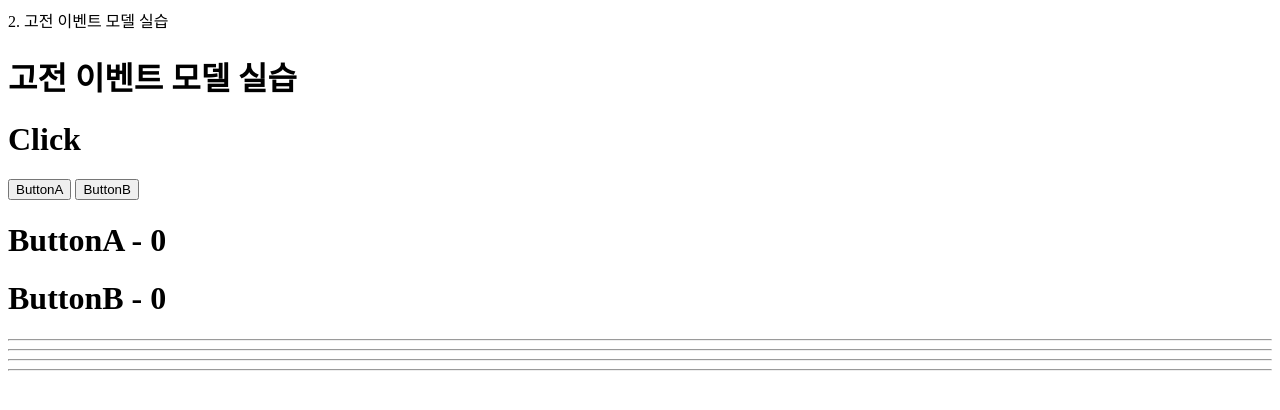
Repository: chlguswns1/web-practice
Page: javaScript/src/main/webapp/10_Event.html
These files come from the project's save history. The page is drawn as it stood at one moment and after the next save; the edit follows.
The browser window is 1280 px wide. The pictures show the whole page.

Above is the page before, as saved 2023-03-08 03:53:23.

### javaScript/src/main/webapp/10_Event.html
<!DOCTYPE html>
<html>
<head>
<meta charset="UTF-8">
<title>이벤트</title>

<style type="text/css">
	.exam {
		padding:10px;
		border:1px solid black;
	}
</style>

<script type="text/javascript">
window.onload = function () {
/* 1. window 객체의 load 이벤트
// - load : 이벤트 이름 or 이벤트 타입
// - onload : 이벤트 속성
// - 이벤트 핸들러 or 리스너 : 이벤트 속성에 할당된 함수.
// - 이벤트 모델 : 문서 객체에 이벤트 연결하는 방법.
// - 이벤트 연결: window 객체의 onload 속성에 함수 자료형을 할당하는 것.

	var header = document.getElementById('header');

	//이벤트 연결
	//이름을 가지는 함수를 선언하면서 헤드태그 영역에서 마우스를 클릭했을때 마우스클릭에 이벤트를 지금정의할
	//함수에 연결을 해주고자 한다ㅣ
	function whenClick() {
		alert('CLICK');
	}
	header.onclick = whenClick;//마우스가 해당 도큐먼트 영역에서 클릭이 되었을때 발생되는 이벤트 속성이다

	 */


/* 2. 고전 이벤트 모델 */
// - 이벤트 속성을 이용해 이벤트 연결.
// - 자바스크립트에서 문서 객체의 이벤트 속성을 사용해 이벤트를 연결하는 방법.
// - 이벤트 하나에 핸들러 하나만 연결할 수 있다.

/* 전통적인 이벤트 발생
	var header = document.getElementById('header');

	 function whenClick() {
			alert('CLICK');
			header.onclick = null;//한번만 사용후 이벤트 해제
		}
		header.onclick = whenClick;
*/
/* 2.1 이벤트 발생 객체와 이벤트 객체
	var buttonA = document.getElementById('button_a');
	var buttonB = document.getElementById('button_b');
	var counterA = document.getElementById('counter_a');
	var counterB = document.getElementById('counter_b');

	buttonA.onclick = function() {
		counterA.innerHTML = Number(counterA.innerHTML) + 1;//innerHTML은 왼쪽에 넣는거
		counterA.style.color = 'orange';
	}

	buttonB.onclick = function() {
		counterB.innerHTML = Number(counterB.innerHTML) + 1;
	};


	document.getElementById('header').onclick = function() {
		this.style.color = 'yellow';
		this.style.backgroundColor = 'blue';
	};
	*/
/* 2.2 이벤트 객체 사용
// - 이벤트 객체 내용 출력하는 예제.
//   . var event = e || window.event;
//     - 짧은 조건문
//     - e가 존재하면 e를 변수 event에 넣고, e가 undefined이면 window.event 속성을 변수 event에 넣음.
//     - 인터넷익스플로러 8 이하 버전
//       >> 이벤트가 발생시 이벤트 객체 window.event 속성으로 전달.
//       >> 다른 브라우저는 이벤트핸들러의 매개 변수로 전달.
	document.body.onclick = function (e){

	var event = e || window.event;//or연산자이용
		document.body.innerHTML = '';
	for(var key in event){
		document.body.innerHTML +='<p>' +key+':'+event[key]+'</p>';
	}

}
	*/
/* 2.3 이벤트 강제 발생

	var buttonA = document.getElementById('button_a');
	var buttonB = document.getElementById('button_b');
	var counterA = document.getElementById('counter_a');
	var counterB = document.getElementById('counter_b');

	buttonA.onclick = function() {
		counterA.innerHTML = Number(counterA.innerHTML) + 1;//innerHTML은 왼쪽에 넣는거
		counterA.style.color = 'orange';
	}

	buttonB.onclick = function() {
		counterB.innerHTML = Number(counterB.innerHTML) + 1;
		buttonA.onclick();//강제이벤트 발생 - b를누르면 a도 같이눌린다
	};
	 */
/* 3. 인라인 이벤트 모델 */
// - HTML 페이지의 가장 기본적인 이벤트 연결 방법.



/* 4. 기본 이벤트 제거 */
// - 기본 이벤트
//  . 일부 HTML 태그는 이미 이벤트 핸들러 가지고 있음.
//  . 입력 양식의 경우 제거하는 방법


// 인라인 이벤트 모델의 이벤트 제거


/* 5. 이벤트 전달 */
// - 이벤트 버블링 방식이 일반적
//   . 자식노드에서 부모 노드 순으로 이벤트 실행.
// - 이벤트 캡쳐링
//   . 이벤트가 부모 노드에서 자식 노드 순으로 실행되는 것.

/* 6. 이벤트 전달 막기 예제 */

}


</script>
</head>

<body>
<!-- 1. 이벤트 정의
<h1 id="header">Click</h1>
-->
 2. 고전 이벤트 모델 실습
<h1>고전 이벤트 모델 실습</h1>
	<h1 id="header">Click</h1>

	<button id="button_a">ButtonA</button>
	<button id="button_b">ButtonB</button>

	<h1>ButtonA - <span id="counter_a">0</span></h1>
	<h1>ButtonB - <span id="counter_b">0</span></h1>

	<hr/>

<!-- 3. 인라인 이벤트 모델 실습
<h1>인라인 이벤트 모델 실습</h1>
	<h1 onclick="alert('클릭')">InClick1</h1>
	<h1 onclick="var alpha=10;alert(alpha);">InClick2</h1>
	<h1 onclick="whenClick(event)">InClick3</h1>
  -->
	<hr/>

<!-- 4. 기본 이벤트 제거 실습
<h1>기본 이벤트 제거 실습</h1>
	<h2>고전 이벤트 모델 이벤트 제거</h2>

	<form action="" id="my_form">
		<label for="name">이름</label>
		<input type="text" id="name"/><br/><br/>
		<label for="pass">비밀번호</label>
		<input type="password" id="pass"/><br/><br/>
		<label for="pass_check">비밀번호 확인</label>
		<input type="password" id="pass_check"/><br/><br/>
		<input type="submit" value="전달"/>
	</form>

	인라인 이벤트 모델 이벤트 제거
	<form onsubmit="whenSubmit()">
		<label for="name">이름</label>
		<input type="text" id="name"/><br/><br/>
		<label for="pass">비밀번호</label>
		<input type="password" id="pass"/><br/><br/>
		<label for="pass_check">비밀번호 확인</label>
		<input type="password" id="pass_check"/><br/><br/>
		<input type="submit" value="전달"/>
	</form>
 -->
	<hr/>

<!-- 5. 이벤트 전달 실습
<h1>이벤트 전달 실습</h1>
	<div onclick="alert('outer_div')" class="exam">
		<div onclick="alert('inner_div')" class="exam">
			<h1 onclick="alert('header')" class="exam">
				<p onclick="alert('paragraph')" class="exam">Paragraph</p>
			</h1>
		</div>
	</div> -->

	<hr/>

<!-- 6. 이벤트 전달 막기 실습
<h1>이벤트 전달 막기 실습</h1>
	<h1 id="header1">
		<p id="paragraph1">Paragraph</p>
	</h1> -->
</body>
</html>

After the next save:
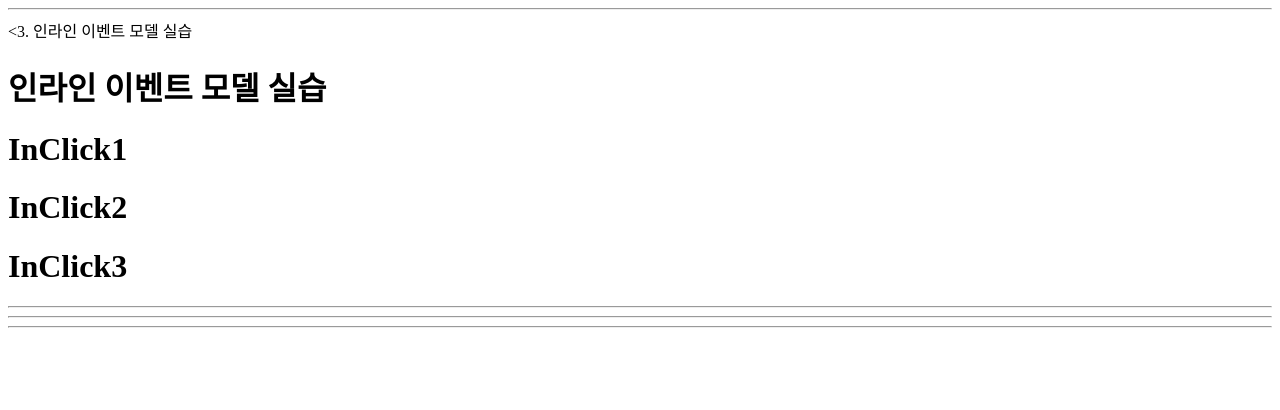
Saved 3 min 1 s later.
--- a/javaScript/src/main/webapp/10_Event.html
+++ b/javaScript/src/main/webapp/10_Event.html
@@ -135,7 +135,7 @@ window.onload = function () {
 <!-- 1. 이벤트 정의
 <h1 id="header">Click</h1>
 -->
- 2. 고전 이벤트 모델 실습
+<!--  2. 고전 이벤트 모델 실습
 <h1>고전 이벤트 모델 실습</h1>
 	<h1 id="header">Click</h1>
 
@@ -144,15 +144,15 @@ window.onload = function () {
 
 	<h1>ButtonA - <span id="counter_a">0</span></h1>
 	<h1>ButtonB - <span id="counter_b">0</span></h1>
-
-	<hr/>
-
-<!-- 3. 인라인 이벤트 모델 실습
+ -->
+	<hr/>
+
+<3. 인라인 이벤트 모델 실습
 <h1>인라인 이벤트 모델 실습</h1>
 	<h1 onclick="alert('클릭')">InClick1</h1>
 	<h1 onclick="var alpha=10;alert(alpha);">InClick2</h1>
 	<h1 onclick="whenClick(event)">InClick3</h1>
-  -->
+
 	<hr/>
 
 <!-- 4. 기본 이벤트 제거 실습
